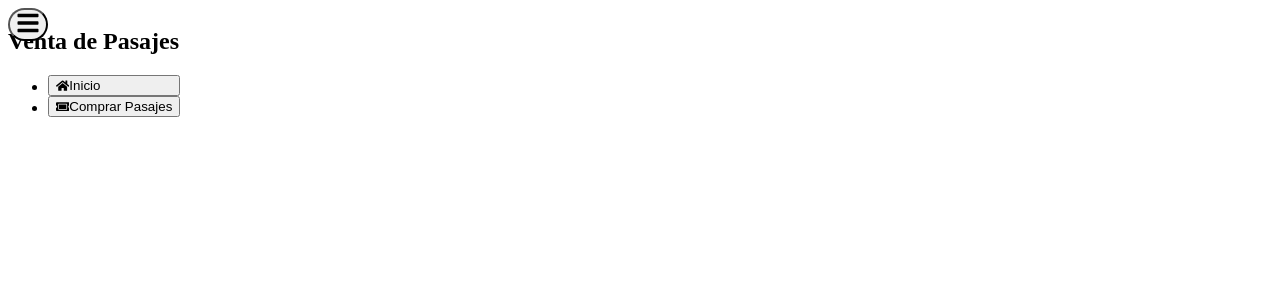
Repository: francoluca35/ventaboletos
Page: /
An editor plug-in stored every save of this project. The page is shown before and after the next save, followed by the edit.
The browser window is 1280 px wide. The pictures show the whole page.
The project was rebuilt for these pictures with package versions that can differ from the ones it lists, and the page was loaded fresh each time. The framework's server and built-in components were replaced by stand-ins that run in the browser. Also part of the build but not shown: next.config.mjs.

Above is the page before, as saved 2025-03-17 15:55:24.

After the next save:
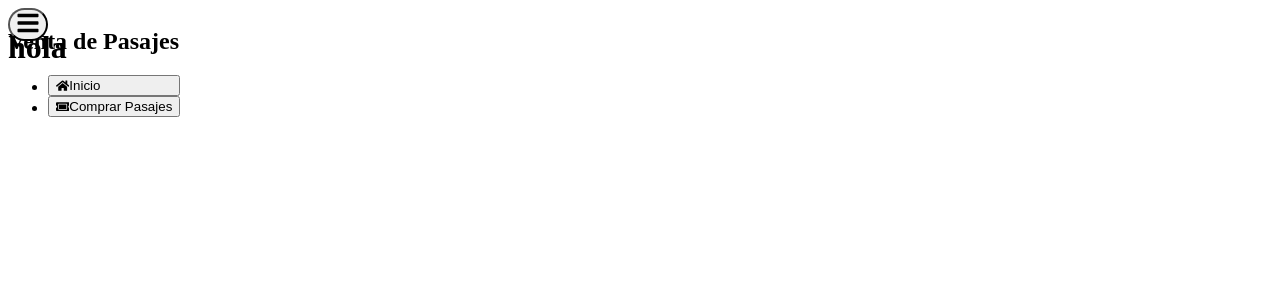
Saved 11 s later.
--- a/src/app/page.js
+++ b/src/app/page.js
@@ -1,11 +1,11 @@
-import inicio from "./pages/Inicio";
+import Inicio from "./pages/Inicio";
 import Sidebar from "./components/Sidebar";
 
 export default function Home() {
   return (
   <>
 <Sidebar/>
- <inicio />
+ <Inicio />
 
   </>
   );
